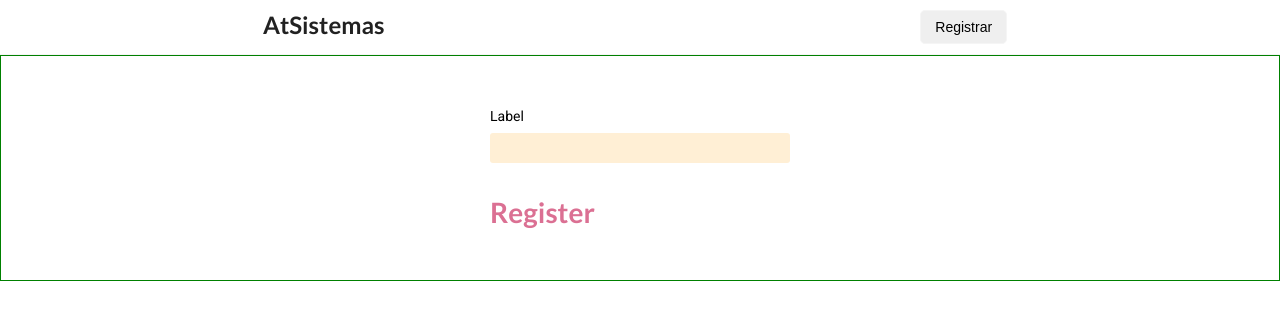
Repository: banchiec/atsistemas
Page: /site/register-site
An editor plug-in stored every save of this project. The page is shown before and after the next save, followed by the edit.
The browser window is 1280 px wide. The pictures show the whole page.
The project was rebuilt for these pictures with package versions that can differ from the ones it lists, and the page was loaded fresh each time. Also part of the build but not shown: src/components/SiteCard/SiteCard.js, src/redux/actions/sitesActions.js, src/screens/SiteScreen/SiteScreen.js, src/screens/SiteDetailsScreen/SiteDetailsScreen.js.

Above is the page before, as saved 2022-08-16 14:08:42.

After the next save:
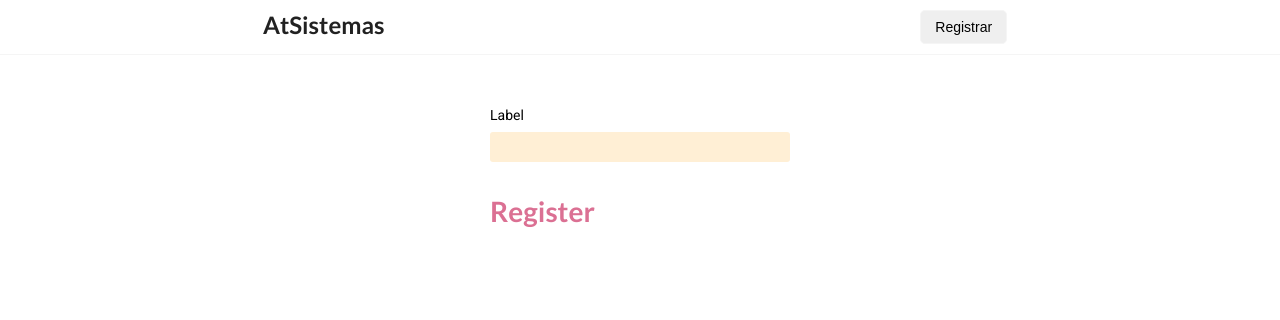
Saved 6 s later.
--- a/src/screens/RegisterSiteScreen/registerSiteScreenStyled.js
+++ b/src/screens/RegisterSiteScreen/registerSiteScreenStyled.js
@@ -4,7 +4,6 @@
 	display: flex;
 	flex-direction: row;
 	justify-content: center;
-	border: 1px solid green;
 `
 export const FormControl = styled.div`
 	color: palevioletred;

After the save that followed:
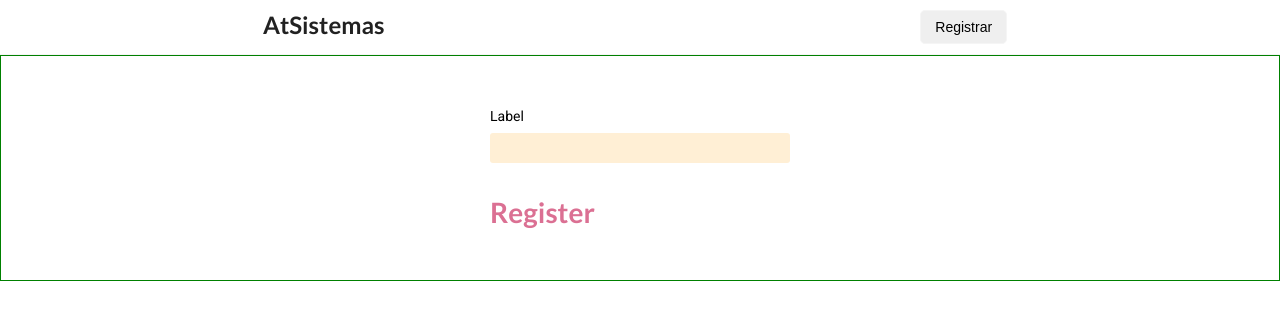
Saved 6 s later.
--- a/src/screens/RegisterSiteScreen/registerSiteScreenStyled.js
+++ b/src/screens/RegisterSiteScreen/registerSiteScreenStyled.js
@@ -4,6 +4,7 @@
 	display: flex;
 	flex-direction: row;
 	justify-content: center;
+	border: 1px solid green;
 `
 export const FormControl = styled.div`
 	color: palevioletred;
